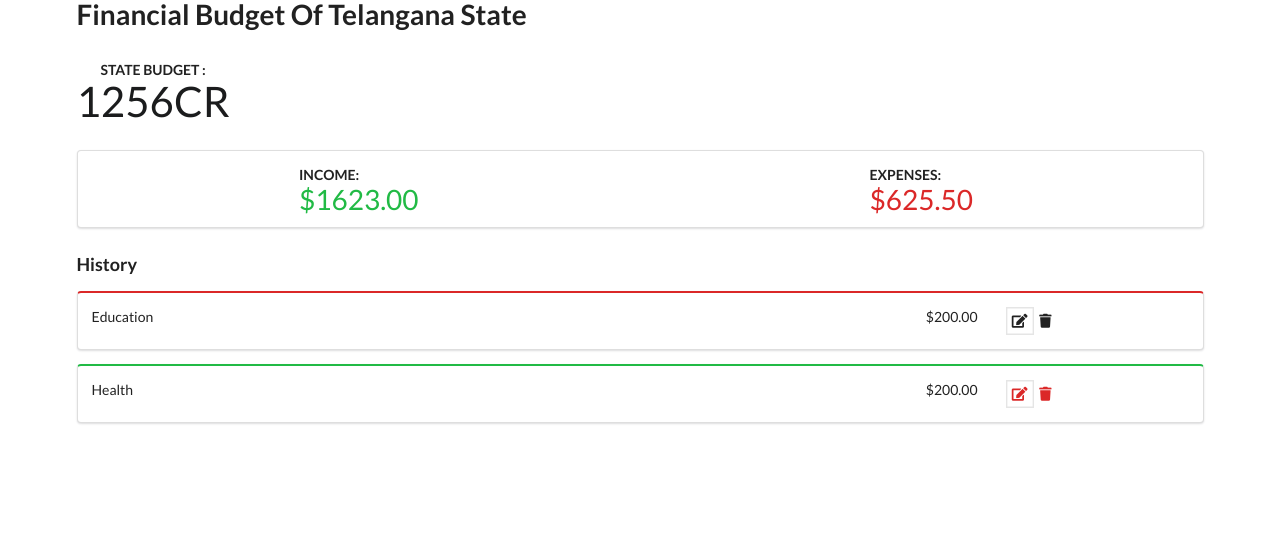
Repository: akHil07090709/advanced-react
Page: /
An editor plug-in stored every save of this project. The page is shown before and after the next save, followed by the edit.
The browser window is 1280 px wide. The pictures show the whole page.
The project was rebuilt for these pictures with package versions that can differ from the ones it lists, and the page was loaded fresh each time. Also part of the build but not shown: src/App.css.

Above is the page before, as saved 2021-05-25 07:50:37.

### src/index.js
import React from "react";
import ReactDOM from "react-dom";
import "./index.css";
import App from "./App";
import "semantic-ui-css/semantic.min.css";

ReactDOM.render(
  <React.StrictMode>
    <App />
  </React.StrictMode>,
  document.getElementById("root")
);

// If you want to start measuring performance in your app, pass a function
// to log results (for example: reportWebVitals(console.log))
// or send to an analytics endpoint. Learn more: https://bit.ly/CRA-vitals

### src/App.js
import {
  Container,
  Grid,
  Header,
  Icon,
  Segment,
  Statistic,
} from "semantic-ui-react";
import "./App.css";

function App() {
  return (
    <Container>
      <Header as="h1">Financial Budget Of Telangana State</Header>
      <Statistic size="small">
        {/* A statistic can display a value with a label above or below it.*/}
        <Statistic.Label>State Budget : </Statistic.Label>
        <Statistic.Value>1256cr</Statistic.Value>
      </Statistic>
      <Segment textAlign="center">
        <Grid columns={2}>
          <Grid.Row>
            <Grid.Column>
              <Statistic size="tiny" color="green">
                <Statistic.Label style={{ textAlign: "left" }}>
                  Income:
                </Statistic.Label>
                <Statistic.Value>$1623.00</Statistic.Value>
              </Statistic>
            </Grid.Column>
            <Grid.Column>
              <Statistic size="tiny" color="red">
                <Statistic.Label style={{ textAlign: "left" }}>
                  Expenses:
                </Statistic.Label>
                <Statistic.Value>$625.50</Statistic.Value>
              </Statistic>
            </Grid.Column>
          </Grid.Row>
        </Grid>
      </Segment>
      <Header as="h3">History</Header>
      <Segment color="red">
        <Grid columns={3}>
          <Grid.Row>
            <Grid.Column width={10}>Education</Grid.Column>
            <Grid.Column width={3} textAlign="right">
              $200.00
            </Grid.Column>
            <Grid.Column width={3}>
              <Icon name="edit" bordered />
              <Icon name="trash" />
            </Grid.Column>
          </Grid.Row>
        </Grid>
      </Segment>
      <Segment color="green">
        <Grid columns={3}>
          <Grid.Row>
            <Grid.Column width={10}>Health</Grid.Column>
            <Grid.Column width={3} textAlign="right">
              $200.00
            </Grid.Column>
            <Grid.Column width={3}>
              <Icon name="edit" bordered color="red" />
              <Icon name="trash" color="red" />
            </Grid.Column>
          </Grid.Row>
        </Grid>
      </Segment>
    </Container>
  );
}

export default App;

Loaded but not shown: public/index.html (common file); src/index.css (common file)

After the next save:
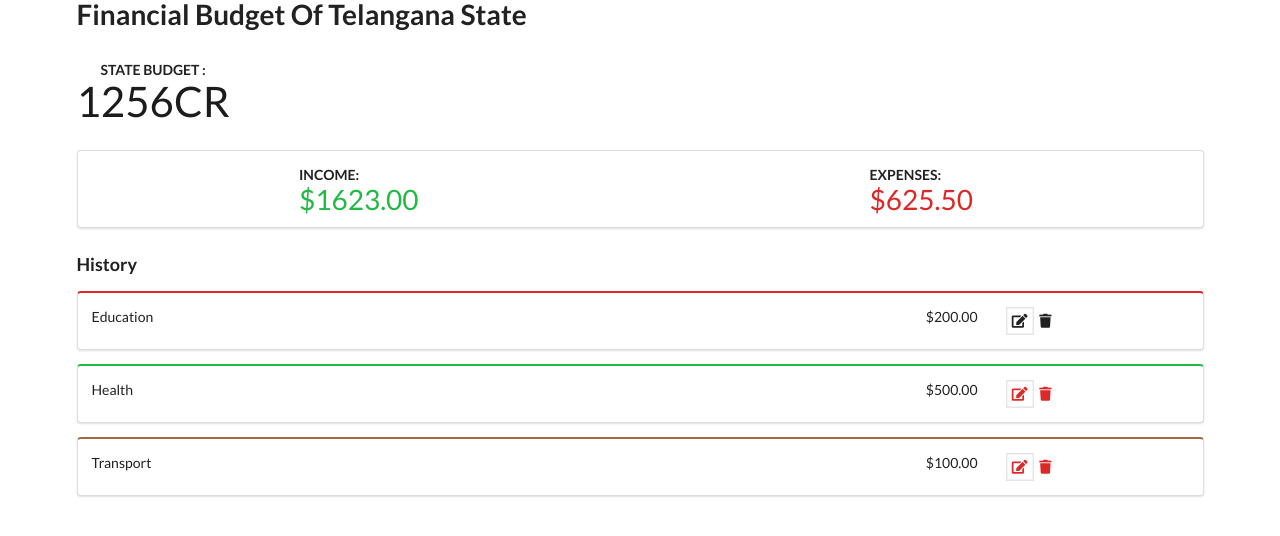
Saved 53 s later.
--- a/src/App.js
+++ b/src/App.js
@@ -59,7 +59,21 @@
           <Grid.Row>
             <Grid.Column width={10}>Health</Grid.Column>
             <Grid.Column width={3} textAlign="right">
-              $200.00
+              $500.00
+            </Grid.Column>
+            <Grid.Column width={3}>
+              <Icon name="edit" bordered color="red" />
+              <Icon name="trash" color="red" />
+            </Grid.Column>
+          </Grid.Row>
+        </Grid>
+      </Segment>
+      <Segment color="brown">
+        <Grid columns={3}>
+          <Grid.Row>
+            <Grid.Column width={10}>Transport</Grid.Column>
+            <Grid.Column width={3} textAlign="right">
+              $100.00
             </Grid.Column>
             <Grid.Column width={3}>
               <Icon name="edit" bordered color="red" />
